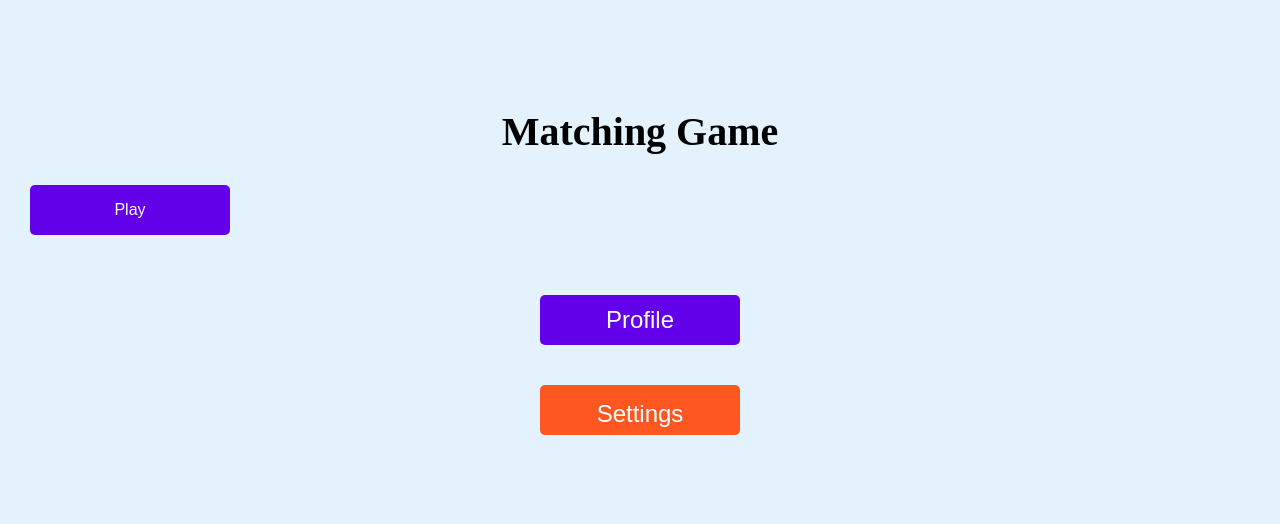
Repository: parnelltse/frontend2-courseproject
Page: /home
These files come from the project's save history. The page is drawn as it stood at one moment and after the next save; the edit follows.
The browser window is 1280 px wide. The pictures show the whole page.
The project was rebuilt for these pictures with package versions that can differ from the ones it lists, and the page was loaded fresh each time. Also part of the build but not shown: vite.config.js, src/pages/landing.jsx, src/components/BackButton.jsx, src/pages/gameoptions.jsx, src/pages/appsettings.jsx, src/pages/profilesettings.jsx, src/pages/gamehistory.jsx, src/pages/singleplayer.jsx and 5 more.

Above is the page before, as saved 2024-11-16 00:37:00.

### src/App.jsx
import React, { useState } from 'react';
import { BrowserRouter as Router, Routes, Route } from 'react-router-dom';
import { Landing } from './pages/landing';
import Home from './pages/home';
import Gameoptions from './pages/gameoptions';
import AppSettings from './pages/appsettings';
import ProfileSettings from './pages/profilesettings';
import GameHistory from './pages/gamehistory'; // Import GameHistory
import SinglePlayer from './pages/singleplayer';
import MultiPlayer from './pages/multiplayer';
import ResumeGame from './pages/resumegame';
import SingleGame from './pages/singlegame';
import MultiGame from './pages/multigame';

function App() {
  const [scores, setScores] = useState([
    { date: '2024-10-19', score: 85, gameMode: 'Single Player' },
    { date: '2024-10-18', score: 90, gameMode: 'Multiplayer' },
    { date: '2024-10-17', score: 75, gameMode: 'Single Player' },
  ]);

  return (
    <Router>
      <Routes>
        <Route path="/" element={<Landing />} />
        <Route path="/home" element={<Home />} />
        <Route path="/gameoptions" element={<Gameoptions />} />
        <Route path="/appsettings" element={<AppSettings />} />
        <Route path="/profilesettings" element={<ProfileSettings />} />
        <Route path="/gamehistory" element={<GameHistory scores={scores} />} /> {/* Pass scores as prop */}
        <Route path="/singleplayer" element={<SinglePlayer />} />
        <Route path="/multiplayer" element={<MultiPlayer />} />
        <Route path="/resumegame" element={<ResumeGame />} />
        <Route path="/singlegame" element={<SingleGame />} />
        <Route path="/multigame" element={<MultiGame />} />
      </Routes>
    </Router>
  );
}

export default App;

### src/pages/home.jsx
import { useNavigate } from "react-router-dom";
import "../App.css"; // Make sure to import your CSS file

export default function Home() {
	const navigate = useNavigate();

	return (
		<div className="container">
			<header>
				<h1 className="title">Matching Game</h1>
			</header>

			<div className="home-board">
				<button
					className="play-btn"
					onClick={() => navigate("/gameoptions")}
				>
					Play
				</button>
				<div className="button-container">
					<button
						className="profile-button"
						onClick={() => navigate("/profilesettings")}
					>
						Profile
					</button>
					<button
						className="settings-button"
						onClick={() => navigate("/appsettings")}
					>
						Settings
					</button>
				</div>
			</div>
		</div>
	);
}

### src/App.css
/* General Reset */
* {
	margin: 0;
	padding: 0;
	box-sizing: border-box;
}

/* Home page */
.container {
	align-items: center; /* Center the items horizontally */
	justify-content: center; /* Center the items vertically */
	min-height: 100vh; /* Full viewport height */
	background-color: #e3f2fd; /* Light blue background color */
	padding: 20px; /* Padding around content */
	padding-top: 15vh;
}

header {
	text-align: center;
	margin-bottom: 40px; /* Space below header */
	margin: auto;
}

button {
	background-color: #1e88e5; /* Button background color */
	color: white; /* White text color */
	border: none; /* Remove border */
	border-radius: 5px; /* Rounded corners */
	padding: 10px; /* Padding for buttons */
	cursor: pointer; /* Pointer cursor */
	transition: background-color 0.3s; /* Smooth background transition */
	width: 200px; /* Fixed width for all buttons */
	height: 50px; /* Fixed height for all buttons */
	font-size: 1rem; /* Font size for button text */
	margin: 10px; /* Space between buttons */
}

button:hover {
	background-color: #1565c0; /* Darker button color on hover */
}

.button-container {
	display: flex; /* Use flexbox for button alignment */
	flex-direction: column; /* Stack buttons vertically */
	align-items: center; /* Center buttons horizontally */
}

.title {
	font-size: 2.5rem; /* Title font size */
	text-align: center; /* Center the title text */
	margin-bottom: 20px; /* Space below title */
}

.profile-button {
	background-color: #6200ea; /* Primary color */
	color: white; /* White text */
	border: none; /* Remove border */
	border-radius: 5px; /* Rounded corners */
	padding: 10px 20px; /* Button padding */
	font-size: 24px; /* Font size */
	cursor: pointer; /* Pointer cursor on hover */
	transition: background-color 0.3s; /* Smooth background transition */
	width: 200px; /* Ensure the width matches other buttons */
	height: 50px; /* Ensure the height matches other buttons */
	margin-top: 50px;
}

.profile-button:hover {
	background-color: #3700b3; /* Darker shade on hover */
}

.button-container {
	display: flex;
	gap: 20px; /* Space between buttons */
}

.play-button,
.settings-button {
	background-color: #03dac6; /* Secondary color */
	border: none;
	border-radius: 5px;
	padding: 15px 25px; /* Button padding */
	font-size: 1.5rem; /* Font size */
	cursor: pointer; /* Pointer cursor on hover */
	transition: background-color 0.3s; /* Smooth background transition */
	align-items: center;
	text-align: center;
}

.play-button {
	color: rgb(74, 96, 86); /* darker text */
}

.settings-button {
	color: white; /* white text */
}

.play-button:hover {
	background-color: #018786; /* Darker shade on hover */
	color: white; /* white text */

}

.settings-button {
	background-color: #ff5722; /* Different color for settings */
}

.settings-button:hover {
	background-color: #c41c00; /* Darker shade on hover */
}

/* Typography */
h1 {
	font-size: 2.5rem;
	text-align: center;
	margin-bottom: 20px;
}

h2 {
	font-size: 1.75rem;
	text-align: center;
	margin-bottom: 15px;
}

/* Button Styles */
button {
	background-color: #6200ea;
	color: white;
	padding: 10px 20px;
	border: none;
	border-radius: 5px;
	cursor: pointer;
	margin: 10px;
	transition: background-color 0.3s ease;
}

button:hover {
	background-color: #3700b3;
}

/* Form Input Styles */
input[type="text"],
input[type="password"],
input[type="number"] {
	width: 100%;
	padding: 10px;
	margin: 10px 0;
	box-sizing: border-box;
	border: 2px solid #ccc;
	border-radius: 4px;
}

form {
	max-width: 400px;
	margin: 20px auto;
	display: flex;
	flex-direction: column;
}

/* Back Button */
button.back-btn {
	background-color: #f44336;
	color: white;
	border-radius: 50%;
	width: 50px;
	height: 50px;
	display: flex;
	justify-content: center;
	align-items: center;
	font-size: 1.2rem;
}

button.back-btn:hover {
	background-color: #e53935;
}

/* App Settings */
.app-settings {
	display: flex;
	flex-direction: column;
	justify-content: center;
	align-items: center;
	padding: 20px;
	text-align: center;
	min-height: 100vh;
	padding-top: 20vh;
}

.setting-bottons {
	display: flex;
	justify-content: center;
	flex-direction: column;
	margin: auto;
	align-items: center;
}

.theme-toggle {
	background-color: #333;
	color: white;
	padding: 10px;
	border-radius: 5px;
	cursor: pointer;
}

.theme-toggle:hover {
	background-color: #555;
}

/* Game Options */
.game-options {
	display: flex;
	flex-direction: column;
	align-items: center;
	margin: 20px;
}

button.grid-size {
	background-color: #2196f3;
	margin: 5px;
}

button.grid-size:hover {
	background-color: #1976d2;
}

/* single and multiplayer pages */
img {
	max-width: 100%;
	height: auto;
	display: block;
	margin: 0 auto;
}

.game-grid {
	display: grid;
	grid-template-columns: repeat(5, 1fr); /* 5 columns for a 5x5 grid */
	gap: 10px; /* Space between grid items */
	padding: 20px; /* Optional padding around the grid */
}

.game-item {
	background-color: #c5d9e8; /* Background color for game items */
	border: 1px solid #100f0f; /* Border for each game item */
	border-radius: 5px; /* Rounded corners */
	display: flex; /* Center content */
	align-items: center; /* Center content vertically */
	justify-content: center; /* Center content horizontally */
	height: 100px; /* Fixed height for game items */
	font-size: 1.2em; /* Font size for game item text */
}

/* history page */

.history-container {
	display: flex;
	flex-direction: column;
	align-items: center;
	justify-content: center;
	min-height: 100vh; /* Full viewport height */
	background-color: #f9f9f9; /* Light background color */
	padding: 20px; /* Padding around content */
}

.history-title {
	font-size: 2.5rem; /* Title font size */
	color: #333; /* Darker text color */
	margin-bottom: 10px; /* Space below title */
}

.history-description {
	font-size: 1.2rem; /* Description font size */
	color: #666; /* Slightly lighter text color */
	text-align: center; /* Center-align description */
	margin-bottom: 30px; /* Space below description */
}

.score-table {
	width: 100%;
	max-width: 600px; /* Max width for the table */
	margin: 0 auto; /* Center the table */
	background-color: white; /* White background for the table */
	border-radius: 8px; /* Rounded corners */
	box-shadow: 0 4px 8px rgba(0, 0, 0, 0.1); /* Subtle shadow */
	overflow: hidden; /* Ensure rounded corners apply */
}

table {
	width: 100%; /* Full width of the table */
	border-collapse: collapse; /* Remove space between table cells */
}

th,
td {
	padding: 15px; /* Cell padding */
	text-align: left; /* Align text to the left */
	border-bottom: 1px solid #e0e0e0; /* Bottom border for rows */
}

th {
	background-color: #6200ea; /* Header background color */
	color: white; /* White text for header */
}

tr:hover {
	background-color: #f1f1f1; /* Highlight row on hover */
}

.back-button {
	margin-top: 20px; /* Space above the back button */
}

/* profile settings page*/

.profile-settings-container {
	display: flex;
	flex-direction: column;
	align-items: center;
	justify-content: center;
	min-height: 100vh; /* Full viewport height */
	background-color: #f9f9f9; /* Light background color */
	padding: 20px; /* Padding around content */
}

.profile-settings-title {
	font-size: 2.5rem; /* Title font size */
	color: #333; /* Darker text color */
	margin-bottom: 20px; /* Space below title */
}

.submitted-username {
	font-size: 1.5rem; /* Font size for submitted username */
	color: #6200ea; /* Color for submitted username */
	margin-bottom: 20px; /* Space below username display */
}

.profile-settings-form {
	display: flex;
	flex-direction: column;
	align-items: center; /* Center align the form elements */
	margin-bottom: 20px; /* Space below the form */
}

.username-input {
	padding: 10px; /* Padding for input */
	font-size: 1rem; /* Font size for input */
	border: 1px solid #ccc; /* Border for input */
	border-radius: 4px; /* Rounded corners */
	margin-bottom: 10px; /* Space below input */
	width: 100%; /* Full width */
	max-width: 300px; /* Max width for input */
}

.save-button {
	padding: 10px 20px; /* Padding for button */
	background-color: #6200ea; /* Button background color */
	color: white; /* Button text color */
	border: none; /* Remove border */
	border-radius: 4px; /* Rounded corners */
	cursor: pointer; /* Pointer cursor on hover */
	font-size: 1rem; /* Font size for button */
}

.save-button:hover {
	background-color: #3700b3; /* Darker button color on hover */
}

.navigation-buttons {
	display: flex;
	gap: 10px; /* Space between navigation buttons */
}

.scores-button {
	padding: 10px 20px; /* Padding for button */
	background-color: #03dac6; /* Button background color */
	color: white; /* Button text color */
	border: none; /* Remove border */
	border-radius: 4px; /* Rounded corners */
	cursor: pointer; /* Pointer cursor on hover */
	font-size: 1rem; /* Font size for button */
}

.scores-button:hover {
	background-color: #018786; /* Darker button color on hover */
}

/* game options page */

.game-options-container {
	display: flex;
	flex-direction: column;
	align-items: center;
	justify-content: center;
	min-height: 100vh; /* Full viewport height */
	background-color: #f0f4f8; /* Light background color */
	padding: 20px; /* Padding around content */
}

.game-options-title {
	font-size: 2.5rem; /* Title font size */
	color: #333; /* Darker text color */
	margin-bottom: 40px; /* Space below title */
}

.game-options-buttons {
	display: flex;
	flex-direction: column; /* Arrange buttons vertically */
	gap: 15px; /* Space between buttons */
}

.game-option-button {
	padding: 15px 30px; /* Padding for buttons */
	font-size: 1.2rem; /* Font size for buttons */
	background-color: #6200ea; /* Button background color */
	color: white; /* Button text color */
	border: none; /* Remove border */
	border-radius: 5px; /* Rounded corners */
	cursor: pointer; /* Pointer cursor on hover */
	transition: background-color 0.3s; /* Smooth background transition */
	width: 100%; /* Full width */
	max-width: 300px; /* Max width for buttons */
}

.game-option-button:hover {
	background-color: #3700b3; /* Darker button color on hover */
}

/* create account page */

.create-container {
	display: flex;
	flex-direction: column;
	align-items: center;
	justify-content: center;
	min-height: 100vh; /* Full viewport height */
	background-color: #f0f4f8; /* Light background color */
	padding: 20px; /* Padding around content */
}

.create-header {
	text-align: center; /* Center header text */
	margin-bottom: 40px; /* Space below header */
}

.create-header h1 {
	font-size: 2.5rem; /* Title font size */
	color: #000000; /* Primary color for title */
}

.create-header h2 {
	font-size: 1.5rem; /* Subtitle font size */
	color: #333; /* Darker color for subtitle */
	margin-top: 10px; /* Space above subtitle */
}

.create-container > * {
	margin: 10px 0; /* Space between elements */
}

.back-button {
	margin-top: 20px; /* Space above back button */
	background-color: #6200ea; /* Match primary color */
	color: white; /* White text color */
	border: none; /* Remove border */
	border-radius: 5px; /* Rounded corners */
	padding: 10px 20px; /* Padding for button */
	cursor: pointer; /* Pointer cursor */
	transition: background-color 0.3s; /* Smooth background transition */
}

.back-button:hover {
	background-color: #3700b3; /* Darker button color on hover */
}

/* login page */
.login-container {
	align-items: flex-start;
	justify-content: center;
	min-height: 100vh; /* Full viewport height */
	background-color: #ede3fd; /* Light blue background color */
	padding-top: 20vh;
}

.login-header {
	text-align: center; /* Center header text */
	margin-bottom: 40px; /* Space below header */
}

.login-header h1 {
	font-size: 2.5rem; /* Title font size */
	color: #3700b3; /* Primary color for title */
}

.login-header h2 {
	font-size: 1.5rem; /* Subtitle font size */
	color: #424242; /* Darker color for subtitle */
	margin-top: 10px; /* Space above subtitle */
}

.account-form {
	width: 100%; /* Full width for the form */
	max-width: 400px; /* Maximum width for the form */
	background-color: white; /* White background for form */
	border-radius: 8px; /* Rounded corners */
	box-shadow: 0 2px 10px rgba(0, 0, 0, 0.1); /* Subtle shadow */
	padding: 20px; /* Padding inside the form */
}

button {
	background-color: #6200ea; /* Match primary color */
	color: white; /* White text color */
	border: none; /* Remove border */
	border-radius: 5px; /* Rounded corners */
	padding: 10px 20px; /* Padding for button */
	cursor: pointer; /* Pointer cursor */
	transition: background-color 0.3s; /* Smooth background transition */
}

button:hover {
	background-color: #3700b3; /* Darker button color on hover */
}

.account-form input {
	margin: 10px 0; /* Space between inputs */
	padding: 10px; /* Padding for inputs */
	border: 1px solid #ccc; /* Light border for inputs */
	border-radius: 5px; /* Rounded corners for inputs */
	width: 100%; /* Full width for inputs */
}

Loaded but not shown: index.html (common file); src/main.jsx (common file)

After the next save:
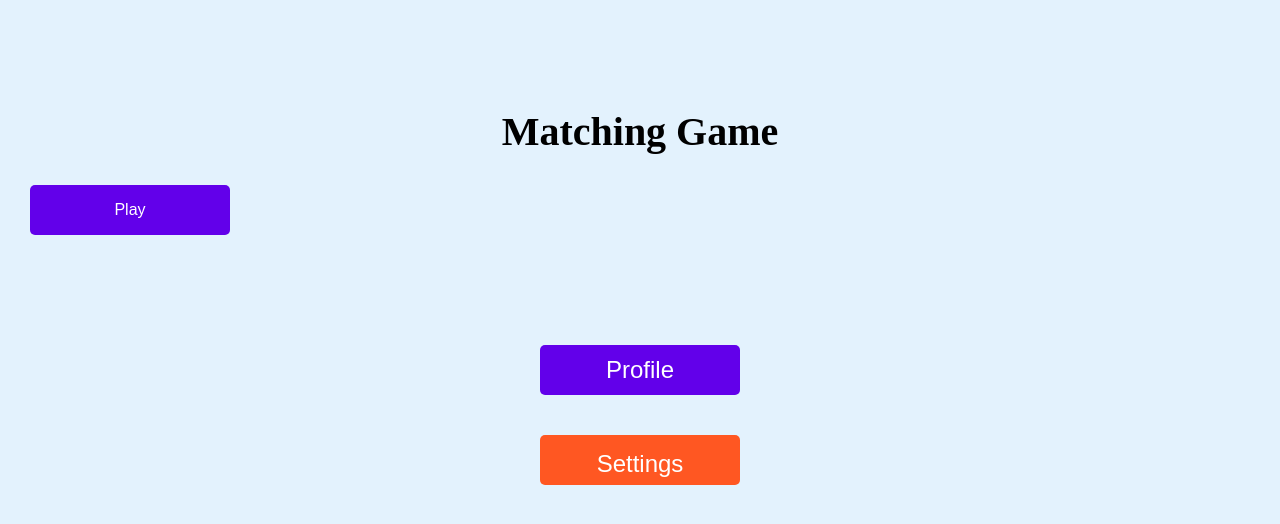
Saved 6 s later.
--- a/src/App.css
+++ b/src/App.css
@@ -62,7 +62,7 @@ button:hover {
 	transition: background-color 0.3s; /* Smooth background transition */
 	width: 200px; /* Ensure the width matches other buttons */
 	height: 50px; /* Ensure the height matches other buttons */
-	margin-top: 50px;
+	margin-top: 100px;
 }
 
 .profile-button:hover {
